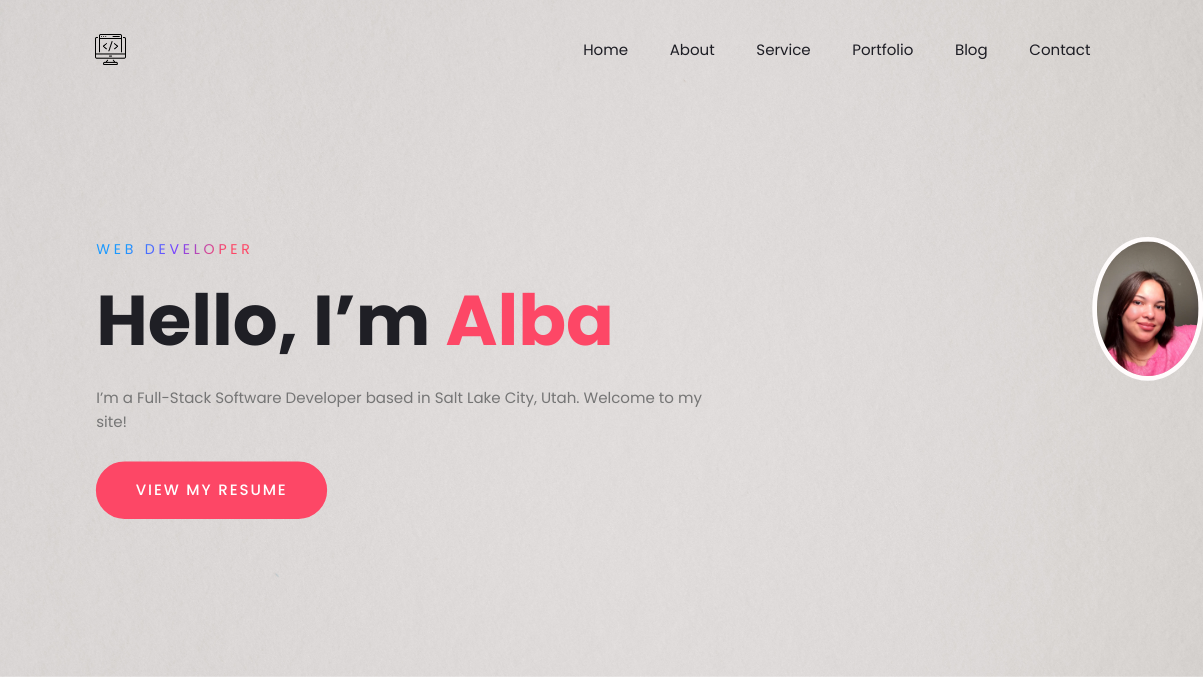
Repository: pilar122/port
Page: index.html
An editor plug-in stored every save of this project. The page is shown before and after the next save, followed by the edit.
The browser window is 1280 px wide. The pictures show the whole page, at 94% of full size.

Above is the page before, as saved 2022-01-29 14:58:32.

### index.html
<!DOCTYPE html>
<html lang="en">
<head>
    <meta charset="UTF-8">
    <title>Personal Portfolio Website</title>
    <!----CSS link----->
    <link rel="stylesheet" href="style.css">
</head>
<body>
    <div class="hero">
        <nav>
            <img src="./img/coding.png" class="logo">
            <ul>
                <li><a href="#">Home</a></li>
                <li><a href="#">About</a></li>
                <li><a href="#">Service</a></li>
                <li><a href="#">Portfolio</a></li>
                <li><a href="#">Blog</a></li>
                <li><a href="#">Contact</a></li>
            </ul>

        </nav>
        <div class="content">
            <img src="./img/ap.JPG" class="img">
            <span class="title">Web Developer</span>
            <h1>Hello, I’m <span>Alba</span></h1>
            <p>I’m a Full-Stack Software Developer based in Salt Lake City, Utah. Welcome to my site!</p>
            <a href="https://docs.google.com/document/d/1-5NqQs53X55snoyWaPBF-iuk-xL4VE2I0psmDuApD5Q/edit?usp=sharing" class="btn"> View my Resume</a>
        </div>
    </div>
</body>
</html>

### style.css
@import url('https://fonts.googleapis.com/css2?family=Poppins:wght@400;500;600;700&display=swap');
*{
    margin: 0;
    padding: 0;
    box-sizing: border-box;
    font-family: 'Poppins', sans-serif;
}
a{
    text-decoration: none;
}
.hero{
    width: 100%;
    height: 100vh;
    background: url(img/bg1.jpg);
    background-size: cover;
}
nav{
    display: flex;
    align-items: center;
    justify-content: space-between;
    padding: 30px 100px;
}
.logo{
    max-height: 35px;
}
nav ul li{
    list-style: none;
    display: inline-block;
    padding: 10px 20px;
}
nav ul li a{
    color: #1d1d24;
    position: relative;
    padding: 5px 0;
}
nav ul li a:hover{
    color: #fd4766;
}
nav ul li a:after{
    content: "";
    position: absolute;
    left: 0;
    width: 0;
    height: 3px;
    background: #fd4766;
    transition: .3s;
    bottom: 0;
}
nav ul li a:hover:after{
    width: 100%;
}
.btn{
    color: #fff;
    font-size: 16px;
    text-transform: uppercase;
    letter-spacing: 2px;
    padding: 16px 40px;
    border-radius: 500px;
    display: inline-block;
    font-weight: 500;
    transition: all .4s ease-in-out;
    background-size: 152% 100%;
    background: #fd4766;
    border: 2px solid #fd4766;
}
.btn:hover{
    background: transparent;
    border-color: #fd4766;
    color: #fd4766;
}
.content{
    position: absolute;
    top: 35%;
    left: 8%;
}
.content .title{
    color: #1f1f25;
    font-size: 15px;
    text-transform: uppercase;
    letter-spacing: 4px;
    display: inline-block;
    margin-bottom: 20px;
    background: linear-gradient(120deg, #1c99fe 20.69%, #7644ff 50.19%,#fd4766 79.69%);
    -webkit-background-clip: text;
    -webkit-text-fill-color: transparent;
}
.content h1{
    color: #1f1f25;
    font-size: 75px;
    font-weight: 900;
    line-height: 90px;
    text-transform: inherit;
    width: 70%;
}
.content h1 span{
    color: #fd4766;
}
.content p{
    width: 55%;
    color: #757575;
    margin-top: 25px;
    margin-bottom: 30px;
}

.content .img{
    max-width: 10%;
    max-width: 10%;
    border-radius: 50%;
    border: 5px solid rgb(255, 252, 252);
    float: right;
}

After the next save:
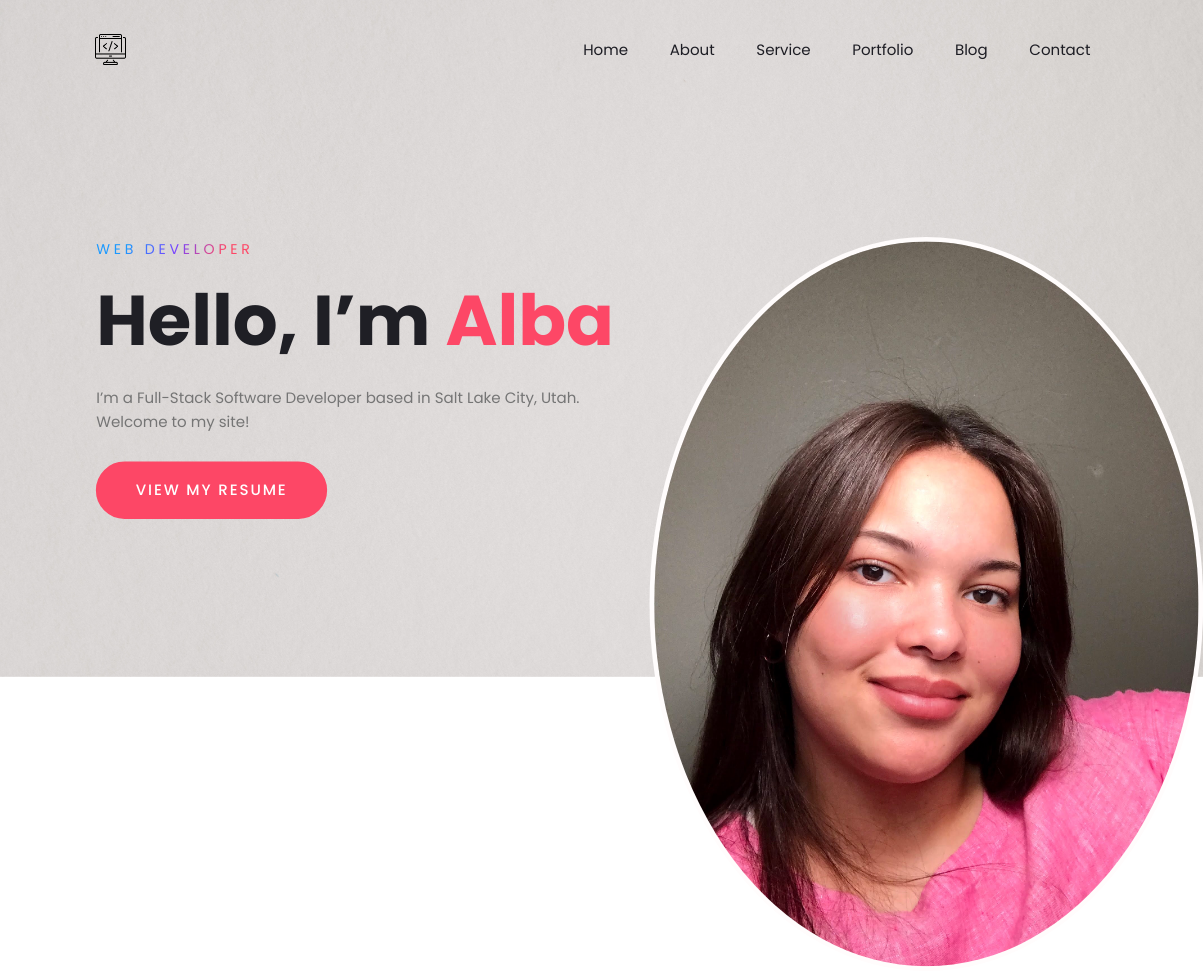
Saved 13 s later.
--- a/style.css
+++ b/style.css
@@ -103,8 +103,8 @@ nav ul li a:hover:after{
 }
 
 .content .img{
-    max-width: 10%;
-    max-width: 10%;
+    max-width: 50%;
+    max-width: 50%;
     border-radius: 50%;
     border: 5px solid rgb(255, 252, 252);
     float: right;
